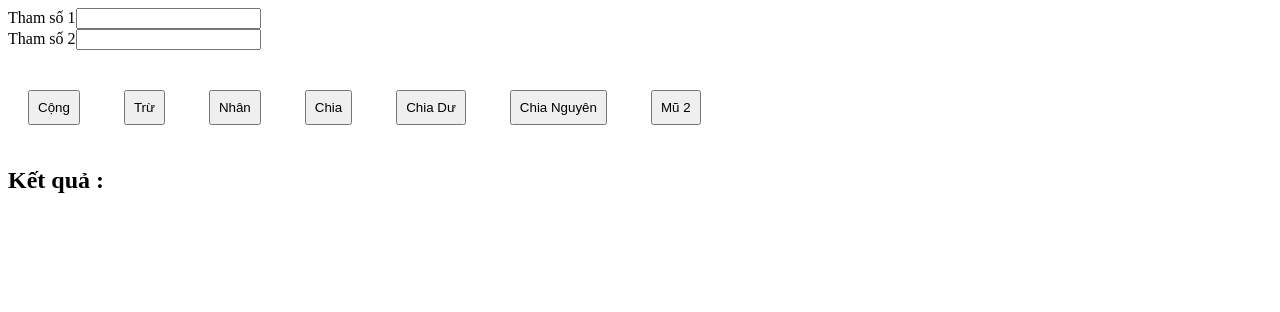
Repository: Toni3498/JsCourse
Page: number/index.html
These files come from the project's save history. The page is drawn as it stood at one moment and after the next save; the edit follows.
The browser window is 1280 px wide. The pictures show the whole page.

Above is the page before, as saved 2021-08-17 19:33:28.

### number/index.html
<!DOCTYPE html>
<html lang="en">
  <head>
    <meta charset="UTF-8" />
    <meta http-equiv="X-UA-Compatible" content="IE=edge" />
    <meta name="viewport" content="width=device-width, initial-scale=1.0" />
    <title>JS-Exercises</title>
    <link href="style.css" rel="stylesheet" />
  </head>

  <body>
    <div class="input">
      <label for="ts1">Tham số 1</label><input type="number" id="ts1" /><br />
      <label for="ts2">Tham số 2</label><input type="number" id="ts2" />
    </div>
    <div class="optionCalc">
      <button id="sum">Cộng</button>
      <button id="sub">Trừ</button>
      <button id="mul">Nhân</button>
      <button id="div">Chia</button>

      <button id="chiaDu">Chia Dư</button>
      <button id="chiaNguyen">Chia Nguyên</button>
      <button id="pow">Mũ 2</button>
    </div>
    <div class="result">
      <h2 style="display: inline-block">Kết quả :</h2>
      <h1 style="display: inline-block" id="kq"></h1>
    </div>

    <script>
      var x = document.getElementById('ts1');
      var y = document.getElementById('ts2');

      //1. Hàm cộng 2 tham số
      function sumNumber() {
        document.getElementById('kq').innerHTML = parseInt(x.value) + parseInt(y.value);
      }
      //Hàm trừ 2 tham số
      function subNumber() {
        document.getElementById('kq').innerHTML = parseInt(x.value) - parseInt(y.value);
      }
      //Hàm nhân 2 tham số
      function multiNumber() {
        document.getElementById('kq').innerHTML = parseInt(x.value) * parseInt(y.value);
      }
      // Hàm chia 2 tham số
      function divNumber() {
        document.getElementById('kq').innerHTML = parseFloat(x.value) / parseFloat(y.value);
      }
      //hàm chia dư 2 tham số
      function chiaDu() {
        document.getElementById('kq').innerHTML = parseInt(x.value) % parseInt(y.value);
      }
      // Hàm chia nguyên 2 tham số (a - a % b) / b;
      function chiaNguyen() {
        document.getElementById('kq').innerHTML =
          (parseInt(x.value) - (parseInt(x.value) % parseInt(y.value))) / parseInt(y.value);
      }
      // Hàm mũ 2 tham số
      function powNumber() {
        document.getElementById('kq').innerHTML = parseInt(x.value) ** parseInt(y.value);
      }

      // EventListener
      document.getElementById('sum').addEventListener('click', sumNumber);
      document.getElementById('sub').addEventListener('click', subNumber);
      document.getElementById('mul').addEventListener('click', multiNumber);
      document.getElementById('div').addEventListener('click', divNumber);
      document.getElementById('chiaDu').addEventListener('click', chiaDu);
      document.getElementById('chiaNguyen').addEventListener('click', chiaNguyen);
      document.getElementById('pow').addEventListener('click', powNumber);
    </script>
  </body>
</html>

### number/style.css
.input {
  margin-bottom: 20px;
}
.optionCalc button {
  margin: 20px;
  padding: 8px;
}

After the next save:
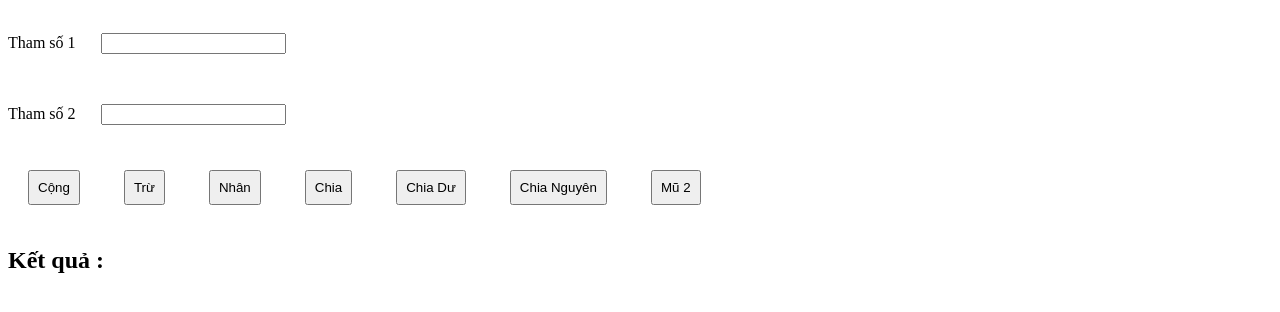
Saved 39 s later.
--- a/number/style.css
+++ b/number/style.css
@@ -1,5 +1,5 @@
-.input {
-  margin-bottom: 20px;
+.input input {
+  margin: 25px;
 }
 .optionCalc button {
   margin: 20px;
